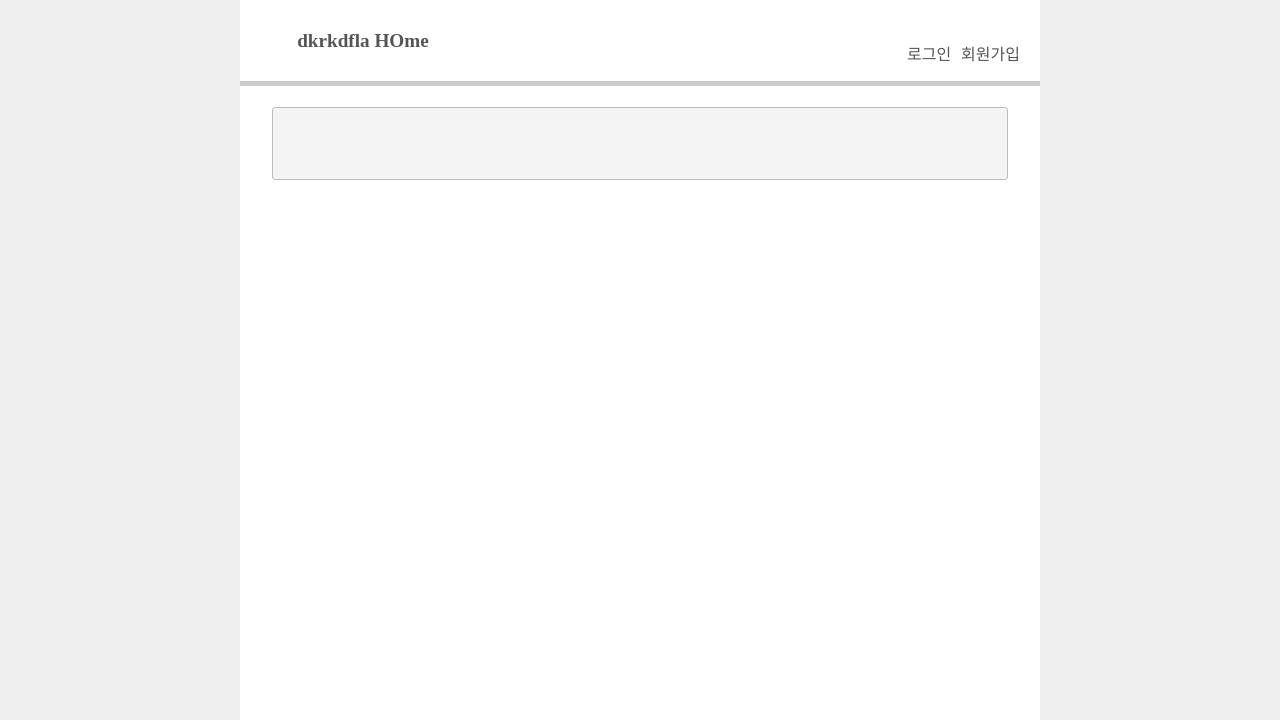
Repository: Dusajang/JSPClass
Page: http://localhost/jspPro/days08/ex02_05.jsp
An editor plug-in stored every save of this project. The page is shown before and after the next save, followed by the edit.
The browser window is 1280 px wide. The pictures show the whole page.
Some web fonts or font styles are not loaded; a fallback is used. The page is served by Tomcat 9. Other server files are loaded and not shown.

Above is the page before, as saved 2024-10-24 05:20:10.

### jspPro/src/main/webapp/days08/ex02_05.jsp
<%@ page contentType="text/html; charset=UTF-8" pageEncoding="UTF-8"%>
<%@ page trimDirectiveWhitespaces="true" %>
<%@ taglib prefix="c" uri="http://java.sun.com/jsp/jstl/core" %>
<!DOCTYPE html>
<html>
<head>
<meta charset="UTF-8">
<title>Insert title here</title>
<link rel="shortcut icon" type="image/x-icon" href="http://localhost/jspPro/images/SiSt.ico">
<script src="https://ajax.googleapis.com/ajax/libs/jquery/3.7.1/jquery.min.js"></script>
<meta name="viewport" content="width=device-width, initial-scale=1.0">
<meta name="google" content="notranslate">
<link rel="stylesheet" href="http://localhost/jspPro/resources/cdn-main/example.css">
<script src="http://localhost/jspPro/resources/cdn-main/example.js"></script>
<style>
 span.material-symbols-outlined{
    vertical-align: text-bottom;
 }
</style>
</head>
<body>
<header>
  <h1 class="main"><a href="#" style="position: absolute;top:30px;">dkrkdfla HOme</a></h1>
  <ul>
    <li><a href="#">로그인</a></li>
    <li><a href="#">회원가입</a></li>
  </ul>
</header>
<div>
  <xmp class="code">

  </xmp>
</div>
</body>
</html>

### jspPro/src/main/webapp/resources/cdn-main/example.css
@charset "UTF-8";

@import url('https://fonts.googleapis.com/css2?family=Material+Symbols+Outlined:opsz,wght,FILL,GRAD@20..48,100..700,0..1,-50..200');

@font-face {
    font-family: 'GmarketSansMedium';
    src: url('https://cdn.jsdelivr.net/gh/projectnoonnu/noonfonts_2001@1.1/GmarketSansMedium.woff') format('woff');
    font-weight: normal;
    font-style: normal;
}

:root {
	--text-color: #555;
	--sub-text-color: #777;
	--back-color: #EFEFEF;
	--header-color: #444;
	--primary-color: #DEDEDE;
	--secondary-color: #EFEFEF;
	--default-width: 800px;
	--narrow-width: 500px;
	--wide-width: 1200px;
	--text-font: 'GmarketSansMedium';
	--icon-font: 'Material Symbols Outlined';
	--border-color: #CCC;
}

html, body {
	margin: 0;
	padding: 0;
}

html {
	background-color: var(--back-color);
	display: flex;
	justify-content: center;
	min-height: 100vh;
}

body, body.default {
	width: var(--default-width);
	background-color: white;
	padding-bottom: 120px;
}

body.wide {
	width: var(--wide-width);
}

body.narrow {
	width: var(--narrow-width);
}



body, p, div, span, a, input, select, option, textarea, button, table, th, td, label, fieldset, legend {
	font-family: var(--text-font);
	color: var(--text-color);
}

h1, h2, h3 {
	font-family: var(--text-font);
	color: var(--header-color);
	padding: 0 1rem;
	padding-top: .5rem;
}

div > h1, div > h2, div > h3 {
	padding: 0;
}

body > div, body > main > div {
	padding: 0.3rem 1rem;
}


h1 { font-size: 2rem; border-bottom: 1px solid var(--border-color); }
h1 small { font-size: 1.2rem; color: var(--sub-text-color); }
h2 { font-size: 1.5rem; border-bottom: 1px dashed var(--border-color); }
h2 small { font-size: 1.1rem; color: --sub-text-color; }
h3 { font-size: 1.2rem; }
h3 small { font-size: 1rem; color: --sub-text-color; }



h1.main::before {
	font-family: var(--icon-font);
  	content: '\e666';
  	margin-right: 10px;
  	float: left;
	font-size: 2.5rem;
}

h1.sub::before {
	font-family: var(--icon-font);
  	content: '\ea19';
  	margin-right: 10px;
  	float: left;
	font-size: 2.5rem;
}


h1.page::before {
	font-family: var(--icon-font);
  	content: '\e0e0';
  	margin-right: 10px;
  	float: left;
	font-size: 2.5rem;
}

body > header > ul > li > .active{
	background-color: #FFF;
	color:#F00;
}

body > header {
	display: flex;
	justify-content: space-between;
	border-bottom: 5px solid var(--border-color);
	min-height: 74px;
	background-color: #FFF;
}

body > header.sticky {
	position: sticky;
	top: 0;
	z-index: 98;
}

body > header > h1 {
	font-size: 1.2rem;
	border: 0;
}

body > header.in > h1::before {
	font-family: var(--icon-font);
  	content: '\e332‥';
  	margin-right: 3px;
  	float: left;
	font-size: 2rem;
}


body > header > ul {
	list-style-type: none;
	display: flex;
	align-items: flex-end;
	margin-right: 10px;
}

body > header > ul > li {
	margin-right: 10px;
	cursor: pointer;
}

body > header > ul > li > a {
	cursor: pointer;
}


form {
	display: block;
}

form > div {
	padding: 0.3rem 1rem;
}

div > form > div {
	padding: 0.3rem 0;
}

input, textarea, button, select {
	border: 1px solid #BBB;
	border-radius: 3px;
	outline: none;
	resize: none;
	padding: 7px;
	margin: 0;
}

input[type=text]:read-only, textarea:read-only {
	cursor: not-allowed;
	background-color: #FFF;
}

input[type=text]:disabled, textarea:disabled {
	cursor: not-allowed;
	background-color: #EEE;
}

input[type=text], input[type=password], textarea, button, select {
	/* width: 300px; */
}

textarea {
	display: block;
	height: 100px;
}

input[type=button], input[type=submit], button {
	/* width: inherit; */
}

input.short, textarea.short, button.short, select.short {
	width: 100px;
}

input.long, textarea.long, button.long, select.long {
	width: 350px;
}

.narrow input.long, .narrow textarea.long, .narrow button.long, .narrow select.long {
	width: calc(100% - 20px);
}

input.full, textarea.full, button.full, select.full {
	width: calc(100% - 20px);
}

textarea.short {
	height: 50px;
}

textarea.long {
	height: 100px;
}

textarea.full {
	height: 200px;
}

input, textarea {
	padding-top: 8px;
}

input[type=button], input[type=submit], button {
	padding: 5px 10px;
	background-color: var(--secondary-color);
	cursor: pointer;
	min-height: 36px;
}

input[type=button].primary, input[type=submit].primary, button.primary {
	/* background-color: rgba(100, 149, 237, .2); */
	background-color: var(--primary-color);
}

input[type=button].primary:hover, input[type=submit].primary:hover, button.primary:hover {
	/* background-color: rgba(100, 149, 237, .3); */
	background-color: var(--secondary-color);
}

input[type=button]:hover, input[type=submit]:hover, button:hover {
	background-color: var(--primary-color);
}

button {
	position: relative;
	left: 0;
	top: 0;
	padding-left: 35px;
}

button .material-symbols-outlined {
	position: absolute;
	left: 10px;
	top: 4px;
}

/* k2nik add */
button.login::before {
	font-family: var(--icon-font);
  	content: '\ea77';
	position: absolute;
	left: 11px;
	top: 4px;
	font-size: 1.25rem;
}

/* k2nik logout */
button.logout::before {
	font-family: var(--icon-font);
  	content: '\e9ba';
	position: absolute;
	left: 11px;
	top: 4px;
	font-size: 1.25rem;
}

/* k2nik help */
button.help::before {
	font-family: var(--icon-font);
  	content: '\f1c0';
	position: absolute;
	left: 11px;
	top: 4px;
	font-size: 1.25rem;
}

button.add::before{
	font-family: var(--icon-font);
  	content: '\e746';
	position: absolute;
	left: 11px;
	top: 4px;
	font-size: 1.25rem;
}

button.back::before {
	font-family: var(--icon-font);
  	content: '\e166';
	position: absolute;
	left: 11px;
	top: 4px;
	font-size: 1.25rem;
}

button.list::before {
	font-family: var(--icon-font);
  	content: '\e0ee';
	position: absolute;
	left: 11px;
	top: 4px;
	font-size: 1.25rem;
}


button.del::before {
	font-family: var(--icon-font);
  	content: '\e872';
	position: absolute;
	left: 11px;
	top: 4px;
	font-size: 1.25rem;
}


button.edit::before {
	font-family: var(--icon-font);
  	content: '\e745';
	position: absolute;
	left: 11px;
	top: 4px;
	font-size: 1.25rem;
}


button.login::before {
	font-family: var(--icon-font);
  	content: '\ea77';
	position: absolute;
	left: 11px;
	top: 4px;
	font-size: 1.25rem;
}


button.logout::before {
	font-family: var(--icon-font);
  	content: '\e9ba';
	position: absolute;
	left: 11px;
	top: 4px;
	font-size: 1.25rem;
}


button.in::before {
	font-family: var(--icon-font);
  	content: '\f71a';
	position: absolute;
	left: 11px;
	top: 4px;
	font-size: 1.25rem;
}


button.out::before {
	font-family: var(--icon-font);
  	content: '\f70e';
	position: absolute;
	left: 11px;
	top: 4px;
	font-size: 1.25rem;
}


button.reply::before {
	font-family: var(--icon-font);
  	content: '\e15e';
	position: absolute;
	left: 11px;
	top: 4px;
	font-size: 1.25rem;
}


button.comment::before {
	font-family: var(--icon-font);
  	content: '\e0b9';
	position: absolute;
	left: 11px;
	top: 4px;
	font-size: 1.25rem;
}


button.modal::before {
	font-family: var(--icon-font);
  	content: '\e89e';
	position: absolute;
	left: 11px;
	top: 4px;
	font-size: 1.25rem;
}


button.ok::before {
	font-family: var(--icon-font);
  	content: '\e86c';
	position: absolute;
	left: 11px;
	top: 4px;
	font-size: 1.25rem;
}


button.cancel::before {
	font-family: var(--icon-font);
  	content: '\e5c9';
	position: absolute;
	left: 11px;
	top: 4px;
	font-size: 1.25rem;
}

button.search::before {
	font-family: var(--icon-font);
  	content: '\e8b6';
	position: absolute;
	left: 11px;
	top: 4px;
	font-size: 1.25rem;
}

button.home::before {
	font-family: var(--icon-font);
  	content: '\e88a';
	position: absolute;
	left: 11px;
	top: 4px;
	font-size: 1.25rem;
}


button.sidebar::before {
	font-family: var(--icon-font);
  	content: '\f7e4';
	position: absolute;
	left: 11px;
	top: 4px;
	font-size: 1.25rem;
}


button.sidebar-right::before {
	font-family: var(--icon-font);
  	content: '\f7e5';
	position: absolute;
	left: 11px;
	top: 4px;
	font-size: 1.25rem;
}




button::before {
	font-family: var(--icon-font);
  	content: '\e323';
	position: absolute;
	left: 11px;
	top: 4px;
	font-size: 1.25rem;
}


table {
	border-collapse: collapse;
	margin: 1rem;
	box-sizing: border-box;
	width: calc(100% - 32px);
}

table.content {
	width: auto;
}

div > table {
	margin: 0;
}

table th, table td {
	border: 1px solid var(--border-color);
	padding: 7px;
	font-weight: normal;
}

table th {
	background-color: var(--back-color);
}

table.vertical th {
	width: 150px;
}

table.vertical td {
	width: calc(100% - 182px);
	padding-left: 10px;
}

table.content td, table.content th {
	width: auto;
}

body.narrow table.vertical th {
	width: 100px;
}

body.narrow table.vertical td {
	width: calc(100% - 182px);
}


table + table {
	margin-top: 30px;
}


p {
	padding: 0 1rem;
}

a {
	text-decoration: none;
}

a:hover {
	color: rgba(255, 99, 71, .7);
}

hr {
	border: 0;
	border-top: 1px solid var(--border-color);
	margin: 2rem 0;
}

.message {
	border: 1px solid var(--border-color);
	background-color: #EFEFEF;
	margin: 1rem;
	width: auto;
	padding-top: 10px;
	padding-bottom: 10px;
	font-size: 14px;
}

.message[title]::before {
	content: attr(title);
	display: block;
	border-bottom: 1px solid var(--border-color);
	padding-bottom: 5px;
	margin-bottom: 10px;
	margin-top: 7px;
}

.message.short {
	max-width: 250px;
}

.message.long {
	max-width: 500px;
}

.badge {
	float: right;
	font-size: .8rem;
	margin-top: 2px;
	margin-right: 2px;
	text-shadow: 0 0 7px gray;
}

.badge.left {
	float: none;
	margin-left: 2px;
}

.badge.right {
	float: right;
}

.badge.red {
	border-radius: 50%;
	padding: 2px 5px;
	background-color: rgb(255, 99, 71, .3);
}

.badge.yellow {

	border-radius: 50%;
	padding: 2px 5px;
	background-color: rgb(255, 215, 0, .5);
}

.badge.blue {
	border-radius: 50%;
	padding: 2px 5px;
	background-color: rgb(100, 149, 237, .3);
}

label + label {
	margin-left: 7px;
}

label input[type=checkbox], label input[type=radio] {
	transform: translate(0, 1px);
}

.group {
	display: flex;
}

.modal-content .group {
	margin-bottom: .5rem;
}

.group label {
	border: 1px solid #BBB;
	border-radius: 3px;
	outline: none;
	resize: none;
	padding: 7px 14px;
	margin: 0;
	border-top-right-radius: 0;
	border-bottom-right-radius: 0;
	background-color: #EFEFEF;
	white-space: nowrap;
	font-size: 14px;
}

.group input[type=text] {
	margin-left: -1px;
	border-top-left-radius: 0;
	border-bottom-left-radius: 0;
}

.group select {
	margin-left: -1px;
	border-top-left-radius: 0;
	border-bottom-left-radius: 0;
}

.group input.full[type=text] {
	margin-left: -1px;
	border-top-left-radius: 0;
	border-bottom-left-radius: 0;
	width: 100%;
}

.group input[type=button]:first-child, .group button:first-child {
	border-top-left-radius: 3px;
	border-bottom-left-radius: 3px;
	margin-left: 0px;
}

.group input[type=button], .group button {
	border-radius: 0;
	margin-left: -1px;
}

.group input[type=button]:last-child, .group button:last-child {
	margin-left: -1px;
	border-top-right-radius: 3px;
	border-bottom-right-radius: 3px;
}

.seperate {
	display: flex;
	justify-content: space-between;
}

div.list {
	width: max-content;
	margin: 1rem;
	border: 1px solid #BBB;
	border-radius: 3px;
	padding: 0;
}

div.list.full {
	width: auto;
	display: block;
	margin: 1rem;
	border: 1px solid #BBB;
	border-radius: 3px;
	padding: 0;
}

div.list > div {
	padding: .5rem 1rem;
	margin: 0;
	border-bottom: 1px solid #BBB;
}

div.list > div:last-child {
	border-bottom: 0;
}

pre.code , xmp.code{
	font-family: consols;
	background-color: rgba(150, 150, 150, .1);
	border: 1px solid #BBB;
	border-radius: 3px;
	padding: .5rem 1rem;
	padding-bottom: .6rem;
	margin: 1rem;
}




*[data-modal-window] {
	position: fixed;
	background-color: rgba(0, 0, 0, .3);
	left: 0;
	top: 0;
	display: none;
	justify-content: center;
	align-items: flex-start;
	width: 100%;
	min-height: 100vh;
	z-index: 100;
	opacity: 0;
	transition: 500ms all;
}

*[data-modal-window] .modal-container {
	border-radius: 5px;
	padding: 1rem;
	padding-bottom: .5rem;
	margin-top: -500px;
	opacity: 0;
	width: 500px;
	background-color: #FFF;
	margin-right: 2rem;
	transition: 500ms all;
}

*[data-modal-size=content] .modal-container {
	width: auto;
}

*[data-modal-size=narrow] .modal-container {
	width: 300px;
}

*[data-modal-size=wide] .modal-container {
	width: 760px;
}


*[data-modal-window] .modal-header {
	border-bottom: 1px solid var(--border-color);
	padding: 2px 5px;
}

*[data-modal-window] .modal-content {
	padding: 1rem 5px;
}

*[data-modal-window] .modal-content div:last-child {
	margin-top: 1rem;
	text-align: right;
}



*[data-sidebar-window] {
	position: fixed;
	background-color: #FFF;
	left: 0;
	top: 0;
	display: block;
	width: 300px;
	border-right: 1px solid var(--border-color);
	box-sizing: border-box;
	box-shadow: 0 0 3px var(--back-color);
	min-height: 100vh;
	z-index: 99;
	transform: translate(-300px, 0);
	transition-duration: 500ms;
	transition-property: transform;
}

*[data-sidebar-direction=right] {
	left: auto;
	right: 0;
	transform: translate(300px, 0);
	border-left: 1px solid var(--border-color);
}

*[data-sidebar-size=wide] {
	width: 500px;
	transform: translate(-500px, 0);
}

*[data-sidebar-window] .sidebar-title {
	border-bottom: 1px solid var(--border-color);
	margin-top: 20px;
	margin-bottom: 20px;
	padding-bottom: 5px;
	display: flex;
	justify-content: space-between;
}

*[data-sidebar-window] .sidebar-title span:last-child {
	cursor: pointer;
}


/* K2Nik pagination */
.center {
  text-align: center;
}

.pagination {
  display: inline-block;
}

.pagination a {
  color: black;
  float: left;
  padding: 3px 6px;
  text-decoration: none;
  transition: background-color .3s;
  border: 1px solid #ddd;
  margin: 0 3px;
}

.pagination a.active {
  background-color: #4CAF50;
  color: white;
  border: 1px solid #4CAF50;
}

.pagination a:hover:not(.active) {background-color: #ddd;}

### jspPro/src/main/webapp/resources/cdn-main/example.js

window.onload = () => {

    const list = document.querySelectorAll('input, textarea');

    list.forEach(item => {
        item.setAttribute('autocomplete', 'off');
    });


    const modal_btn_list = document.querySelectorAll('*[data-modal-button]');

    modal_btn_list.forEach(item => {
        item.onclick = function() {

            const name = this.dataset['modalButton'];
            const modal_window = document.querySelector('*[data-modal-window=' + name);

            const container = document.createElement('div');
            container.className = 'modal-container';



            const modal_header = document.createElement('div');
            modal_header.textContent = modal_window.dataset['modalTitle'];
            modal_header.className = 'modal-header';
            container.appendChild(modal_header);

            const modal_content = document.createElement('div');
            modal_content.className = 'modal-content';
            container.appendChild(modal_content);

            Array.from(modal_window.childNodes).forEach(item => {
                modal_content.appendChild(item);
            });

            modal_window.appendChild(container);

            modal_window.style.display = 'flex';

            setTimeout(() => {
                modal_window.style.opacity = 1;
                container.style.marginTop = '20px';
                container.style.opacity = 1;
            }, 50);


            const modal_ok = document.querySelector('*[data-modal-ok=' + name);
            modal_ok.addEventListener('click', function() {
                modal_window.style.opacity = 0;
                container.style.marginTop = '-500px';
                container.style.opacity = 0;

                setTimeout(() => {
                    modal_window.innerHTML = modal_content.innerHTML;
                    modal_window.style.display = 'none';
                }, 500);

            });

            const modal_cancel = document.querySelector('*[data-modal-cancel=' + name);
            modal_cancel.addEventListener('click', function() {

                modal_window.style.opacity = 0;
                container.style.marginTop = '-500px';
                container.style.opacity = 0;

                setTimeout(() => {
                    modal_window.innerHTML = modal_content.innerHTML;
                    modal_window.style.display = 'none';
                }, 500);
            });


        };
    });


    const sidebar_btn_list = document.querySelectorAll('*[data-sidebar-button]');

    sidebar_btn_list.forEach(item => {
        item.onclick = function() {



            const name = this.dataset['sidebarButton'];
            const sidebar_window = document.querySelector('*[data-sidebar-window=' + name);

            if (sidebar_window.style.transform == 'translate(0px, 0px)') return;



            sidebar_window.style.transform = 'translate(0, 0)';

            const sidebar_title = document.createElement('div');
            sidebar_title.className = 'sidebar-title';
            sidebar_title.innerHTML = '<span>' + sidebar_window.dataset['sidebarTitle'] + '</span><span class="material-symbols-outlined">close</span>';

            sidebar_title.children[1].onclick = function() {

                let sign = 1;
                let distance = 300;

                if (sidebar_window.dataset['sidebarDirection'] != 'right') {
                    sign = -1;
                } else {
                    sign = 1;
                }

                if (sidebar_window.dataset['sidebarSize'] != 'wide') {
                    distance = 300;
                } else {
                    distance = 500;
                }

                distance *= sign;

                sidebar_window.style.transform = 'translate(' + distance + 'px, 0)';

                setTimeout(function() {
                    sidebar_window.removeChild(sidebar_window.children[0]);
                }, 500);
            };


            sidebar_window.prepend(sidebar_title);

        }
    });

};

// window.onkeydown = function(event) {

//     if (event.keyCode == 27) {
//         if (document.querySelector('[data-modal-window').style.display == 'flex') {
//             document.querySelector('[data-modal-window').style.display = 'none';
//         }
//     }

// };

After the next save:
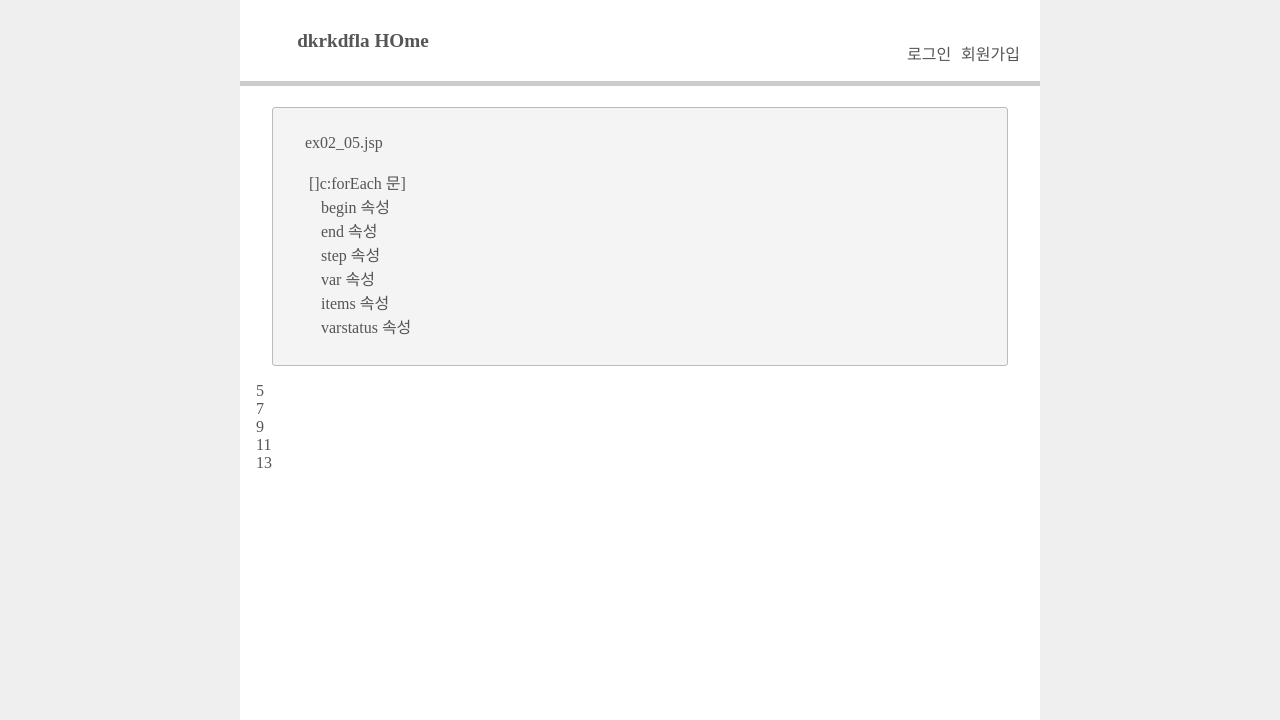
Saved 2 min 27 s later.
--- a/jspPro/src/main/webapp/days08/ex02_05.jsp
+++ b/jspPro/src/main/webapp/days08/ex02_05.jsp
@@ -28,8 +28,22 @@
 </header>
 <div>
   <xmp class="code">
+    ex02_05.jsp
 
+     []c:forEach 문]
+     	begin 속성
+     	end 속성
+     	step 속성
+     	var 속성
+     	items 속성
+     	varstatus 속성
   </xmp>
+
+  <c:forEach begin="5" end="13" step="2" var="i">
+  	${ i }<br>
+  </c:forEach>
+
+
 </div>
 </body>
 </html>
